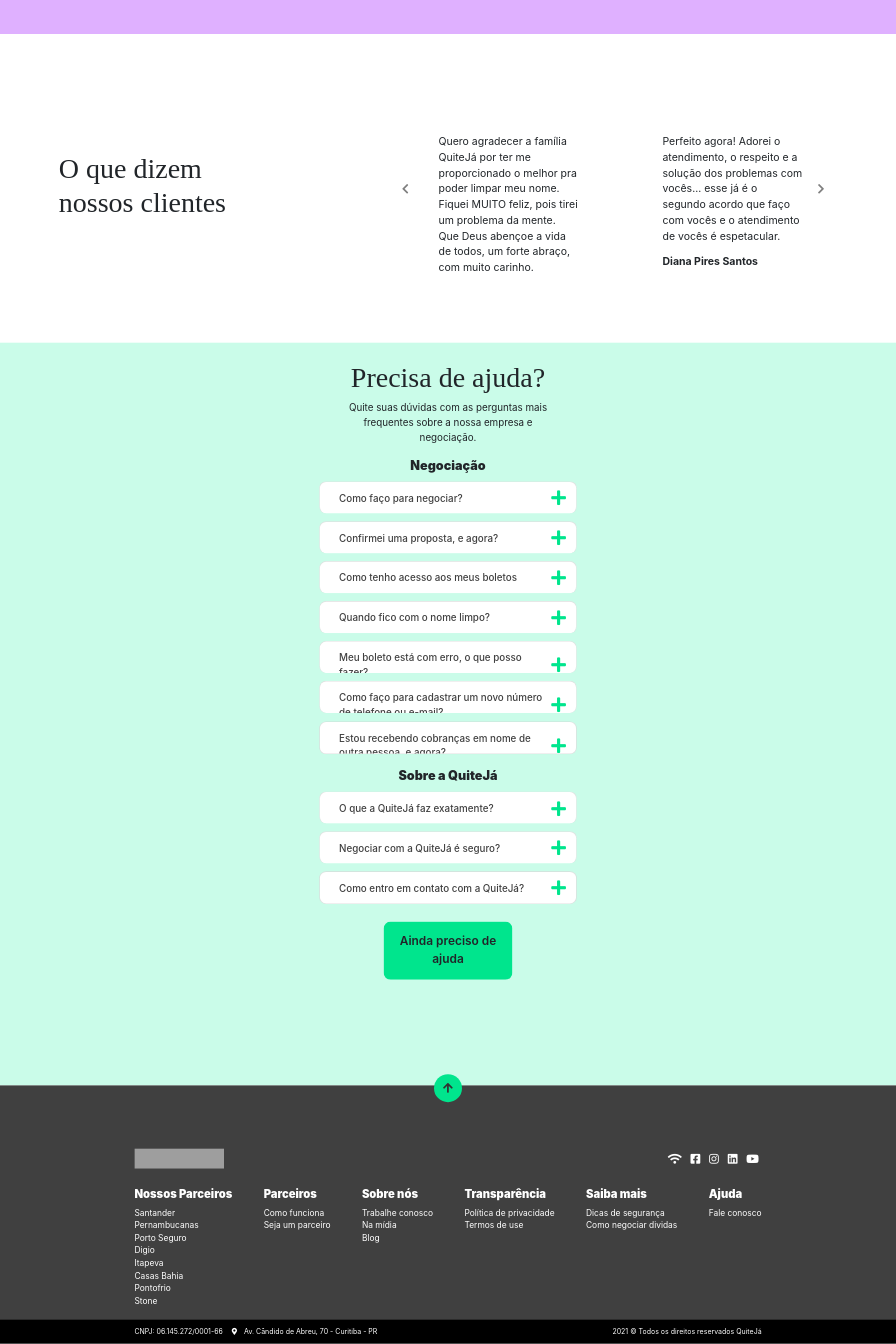
Repository: dasilvaoscar/estudos
Page: Layouts/index.html
These files come from the project's save history. The page is drawn as it stood at one moment and after the next save; the edit follows.
The browser window is 1280 px wide. The pictures show the part of the page from y = 3251 to 5171 px (the page is 5171 px tall), at 70% of full size.
Pictures or frames that could not be fetched are drawn as grey boxes. Some web fonts or font styles are not loaded; a fallback is used.

Above is the page before, as saved 2021-02-01 13:16:52.

After the next save:
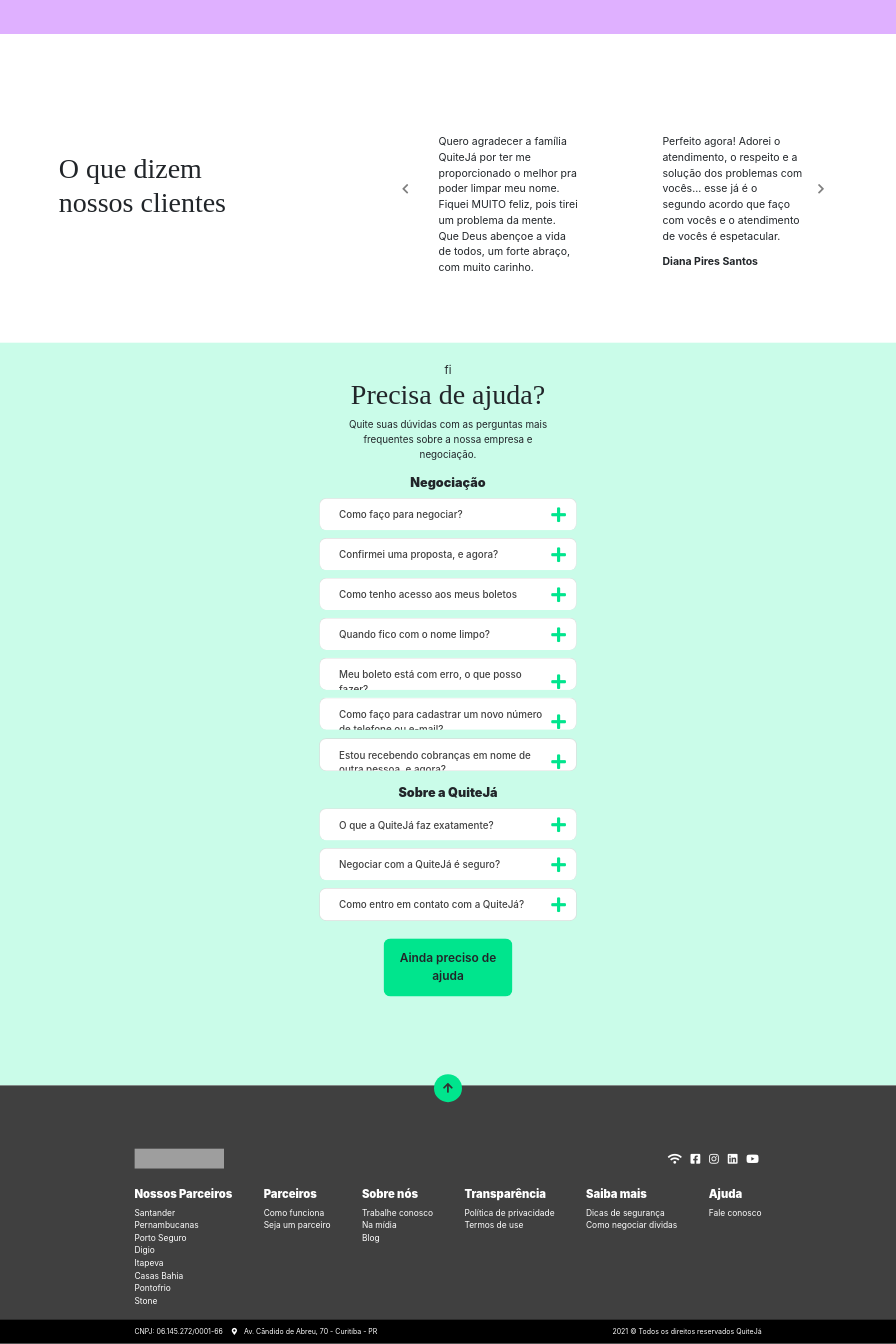
Saved 16 s later.
--- a/Layouts/index.html
+++ b/Layouts/index.html
@@ -137,7 +137,7 @@
             </div>
         </section>
         <section class="help">
-
+            fi
             <div class="help-content">
                 <h1>Precisa de ajuda?</h1>
                 <p>
